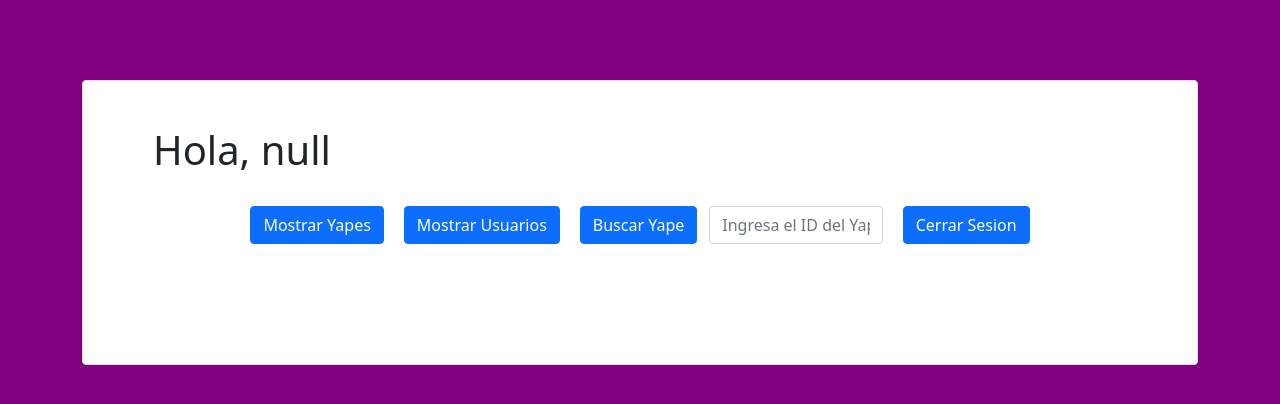
Repository: Gimblet/LP1_Proyecto_Yape
Page: http://localhost/Yape/adminDashboard.jsp
The author's editor kept a copy of each file at every save. The page is drawn from the files as they stood at one save, then again after the next save.
The browser window is 1280 px wide. The pictures show the whole page.
The page is served by Tomcat 9. Queries for data that is not in the repository find no rows.

Above is the page before, as saved 2024-05-04 01:30:53.

After the next save:
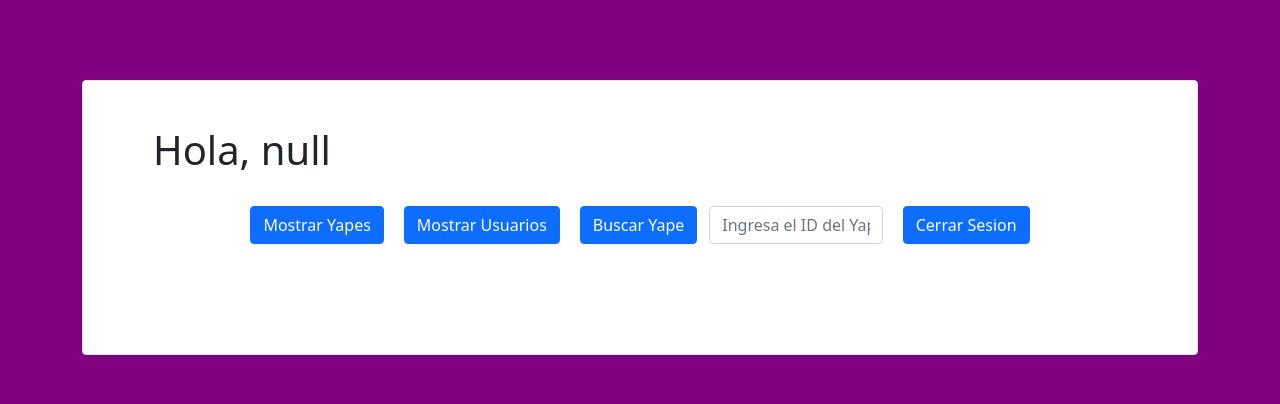
Saved 11 s later.
--- a/Yape/src/main/webapp/adminDashboard.jsp
+++ b/Yape/src/main/webapp/adminDashboard.jsp
@@ -56,7 +56,7 @@ section {
 	display: flex;
 	width: 80%;
 	margin: auto;
-	margin-bottom: 50px;
+	margin-bottom: 40px;
 }
 </style>
 </head>
